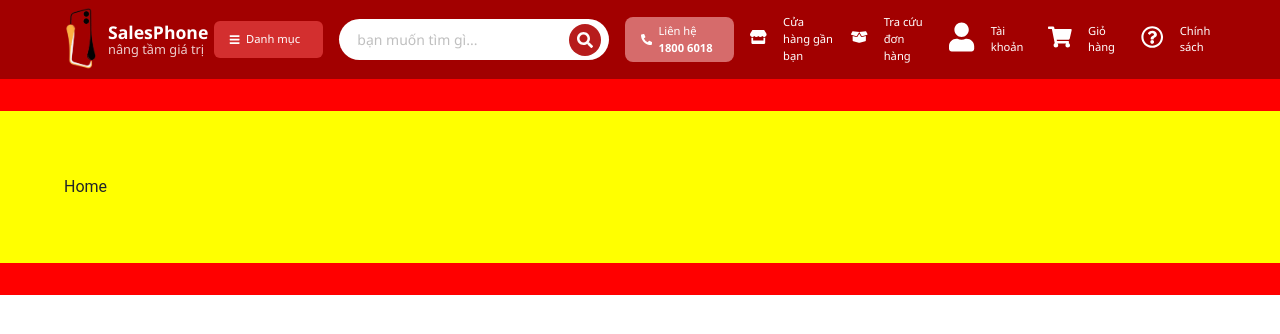
Repository: nguyenhuuluanTTB/cn-da22ttb-nguyenhuuluan-website_salesphone-nextjs_nodejs
Page: /home (app in Project_SalesPhone/client/salesphone/)
The author's editor kept a copy of each file at every save. The page is drawn from the files as they stood at one save, then again after the next save.
The browser window is 1280 px wide. The pictures show the whole page.
The project was rebuilt for these pictures with package versions that can differ from the ones it lists, and the page was loaded fresh each time. The framework's server and built-in components were replaced by stand-ins that run in the browser. Also part of the build but not shown: Project_SalesPhone/client/salesphone/next.config.ts.

Above is the page before, as saved 2025-11-06 21:00:46.

### Project_SalesPhone/client/salesphone/app/layout.tsx

import "./globals.css";
import Header from "./components/Header/Header";


import 'bootstrap/dist/css/bootstrap.min.css';

export const metadata = {
  title: "SalesPhone",
  description: "Website bán điện thoại",
};

export default function RootLayout({
  children,
}: {
  children: React.ReactNode;
}) {
  return (
    <html lang="vi">
      <body>
        {/* Thêm Header ở đây */}
        <Header />

        {/* Nội dung trang */}
        {children}
      </body>
    </html>
  );
}

### Project_SalesPhone/client/salesphone/app/home/page.tsx
//Khai báo sẽ chạy component này trên trình duyệt, đồng thời sử dụng hook useState và useEffect,...
"use client"

//file scss này sẽ chỉ được áp dụng riêng cho trang home
import styles from './home.module.scss';

export default function Home () {


    return(
        <section className={styles.home}> {/*sử dụng thẻ section sẽ tốt hơn cho seo */}

            <div className={styles.container}> {/*Đây là thẻ container chứa toàn bộ nội dung bên trong (hai bên mép thu lại)*/}
                Home
                <div className={styles.advertisement}> {/*advertisement */}


                </div>

                <img/> {/*adlarge */}

                <div> {/*tab_container */}

                    <div> {/*tab_header */}



                    </div>

                    <div> {/*tab_content */}



                    </div>

                </div>

            </div>

        </section>
    );
}

### Project_SalesPhone/client/salesphone/app/components/Header/Header.tsx
import Link from "next/link";
import Image from "next/image";
import { FaBars, FaPhoneAlt, FaStore, FaBoxOpen, FaUser, FaShoppingCart, FaSearch, FaRegQuestionCircle } from "react-icons/fa";
import styles from "./Header.module.scss";
import logo from "./asset/logo.png";

export default function Header () {
    return(
        <header className={styles.header}>

        <div className={styles.container}>
        {/* Logo */}
        <div className={styles.logo_category}>

            {/* Danh mục */}
            <button className={styles.categoryBtn}>
                <FaBars />
                <span>Danh mục</span>
            </button>

             <div className={styles.logo}>
                <Image src={logo} alt="SalesPhone Logo" width={40} height={40} />
                <div className={styles.logoText}>
                    <span className={styles.brand}>SalesPhone</span>
                    <span className={styles.slogan}>nâng tầm giá trị</span>
                </div>


            </div>

             <Link href="#" className={`${styles.navItem} ${styles.giohang}`}>
                  <FaShoppingCart />
            </Link>

        </div>




        {/* Ô tìm kiếm */}
        <div className={styles.searchBox}>
          <input type="text" placeholder="bạn muốn tìm gì..." />
          <button className={styles.searchBtn}>
            <FaSearch />
          </button>
        </div>

        {/* Liên hệ */}
        <div className={styles.contact}>
          <FaPhoneAlt />
          <div>
            <span>Liên hệ</span> <br/>
            <strong>1800 6018</strong>
          </div>
        </div>



        {/* Các icon chức năng */}
        <nav className={styles.nav}>
          <Link href="#" className={`${styles.navItem} ${styles.cuahangganban}`}>
            <FaStore />
            <span>Cửa hàng gần bạn</span>
          </Link>
          <Link href="#" className={`${styles.navItem} ${styles.tracuudonhang}`}>
            <FaBoxOpen />
            <span>Tra cứu đơn hàng</span>
          </Link>
          <Link href="#" className={`${styles.navItem} ${styles.taikhoan}`}>
            <FaUser />
            <span>Tài khoản</span>
          </Link>
          <Link href="#" className={`${styles.navItem} `}>
            <FaShoppingCart />
            <span>Giỏ hàng</span>
          </Link>
          <Link href="#" className={`${styles.navItem} ${styles.chinhsach}`}>
            <FaRegQuestionCircle />
            <span>Chính sách</span>
          </Link>
        </nav>
      </div>



        </header>



    );
}

### Project_SalesPhone/client/salesphone/app/home/home.module.scss
.home{
    font-family: 'Roboto', sans-serif;
    padding: 2rem 0;
    background-color: red;
}

.container{
    padding: 4rem 4rem;
    background-color: yellow;
}

.advertisement{
    display: flex;
    background-color: blue;
    flex-direction: row;
}

### Project_SalesPhone/client/salesphone/app/components/Header/Header.module.scss
.header {
  background-color: #a20000;
  color: white;
  padding: 8px 20px;
  font-family: "Segoe UI", sans-serif;
}

.container {
  max-width: 1200px; /* Giới hạn chiều rộng */
  margin: 0 auto; /* Căn giữa */
  display: flex;
  align-items: center;
  justify-content: space-between;
  gap: 16px;
  padding: 0 20px; /* thêm khoảng trống 2 bên */
}


.logo {
  display: flex;
  align-items: center;
  gap: 8px;

  .logoText {
    display: flex;
    flex-direction: column;
    line-height: 1.1;

    .brand {
      font-size: 1.1rem;
      font-weight: bold;
    }

    .slogan {
      font-size: 0.8rem;
      opacity: 0.8;
    }
  }
}

.logo_category{
    display: flex;
    align-items: center;
}


.categoryBtn {
  display: flex;
  align-items: center;
  gap: 6px;
  background-color: #d32f2f;
  border: none;
  color: white;
  padding: 10px 15px;
  border-radius: 6px;
  cursor: pointer;
  font-size: 0.7rem;
  margin-left: 30px;
  width: 125px;
  &:hover {
    background-color: #b71c1c;
  }
}

.searchBox {
  display: flex;
  align-items: center;
  background: #fff;
  border-radius: 9999px; /* Bo tròn */
  padding: 4px 8px;
  width: 350px;
  transition: all 0.2s ease;
  color: gray;
  input {
    flex: 1;
    border: none;
    outline: none;
    font-size: 14px;
    padding: 6px 10px;
    background: transparent;
  }

  button {
    border: none;
    background: #b71c1c; /* màu đỏ chủ đạo */
    color: white;
    border-radius: 50%;
    width: 32px;
    height: 32px;
    display: flex;
    align-items: center;
    justify-content: center;
    cursor: pointer;
    transition: background 0.2s ease;
  }

  button:hover {
    background: #d32f2f; /* đỏ sáng hơn khi hover */
  }

  &:focus-within {
    box-shadow: 0 0 0 2px #ffcdd2; /* hiệu ứng khi nhập */
  }
}


.contact {
  display: flex;
  align-items: center;
  gap: 6px;
  background-color: #d66b6b;
  border-radius: 8px;
  padding: 6px 16px;
  width: 140px;
  font-size: 0.7rem;

  strong {
    display: block;
  }
}

.nav {
  display: flex;
  align-items: center;
  gap: 18px;

  .navItem {
    display: flex;
    flex-direction: row;
    align-items: center;
    color: white;
    font-size: 0.7rem;
    text-decoration: none;
    transition: opacity 0.2s;
    gap: 1rem;

    svg {
      font-size: 2rem;
      margin-bottom: 4px;
    }

    &:hover {
      opacity: 0.8;
    }

  }
}

.giohang svg{
  display: none;
}

.logo_category{
  display: flex;
  flex-direction: row-reverse;
}

/* --------------------------- */
/* RESPONSIVE - MOBILE VERSION */
/* --------------------------- */

@media (max-width: 1095px) {
  .container {
    flex-wrap: wrap;
    justify-content: space-between;
    gap: 12px;
  }

  .categoryBtn span {
    display: none; /* Ẩn chữ Danh mục */
  }

  .contact,
  .nav {
    display: none; /* Ẩn các phần không cần ở mobile */
  }

  .searchBox {
    width: 100%;
    order: 3; /* Đưa xuống hàng dưới cùng */
    max-width: none;
  }

  .logo {
    flex: 1;
    justify-content: center;
  }

  .categoryBtn,
  .logo,
  .navItem:last-child {
    flex-shrink: 0;
  }

  /* Giỏ hàng giữ bên phải */
  .nav {
    display: flex;
    justify-content: flex-end;
    flex: 1;
  }

  .navItem span {
    display: none; /* Ẩn chữ, chỉ giữ icon */
  }

  .navItem svg {
    font-size: 1.4rem;
  }

  .logo_category{
      width: 100%;
      display: flex;
      align-items: center;
      flex-direction: row;
  }

  .navItem svg{
    display: none;
  }

  .categoryBtn{
    width: 50px;
    height: 50px;
    font-size: 1.3rem;
  }

  .cuahangganban svg, .tracuudonhang svg, .taikhoan svg, .chinhsach svg{
    display: none;
  }

  .giohang svg{
    display: block;
    font-size: 2rem;
  }

  .categoryBtn {
    margin-left: 0;
  }
}

Loaded but not shown: Project_SalesPhone/client/salesphone/app/globals.css (common file)

After the next save:
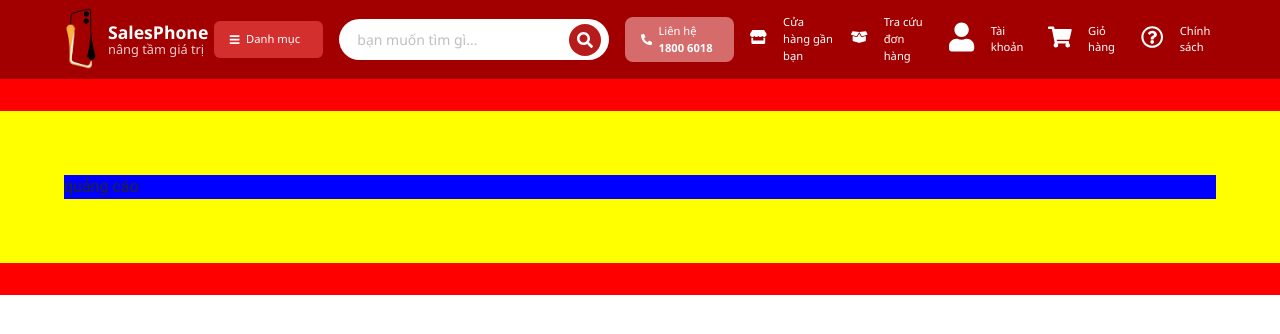
Saved 10 s later.
--- a/Project_SalesPhone/client/salesphone/app/home/page.tsx
+++ b/Project_SalesPhone/client/salesphone/app/home/page.tsx
@@ -11,9 +11,10 @@
         <section className={styles.home}> {/*sử dụng thẻ section sẽ tốt hơn cho seo */}
 
             <div className={styles.container}> {/*Đây là thẻ container chứa toàn bộ nội dung bên trong (hai bên mép thu lại)*/}
-                Home
+
                 <div className={styles.advertisement}> {/*advertisement */}
 
+                    quảng cáo
 
                 </div>
 
